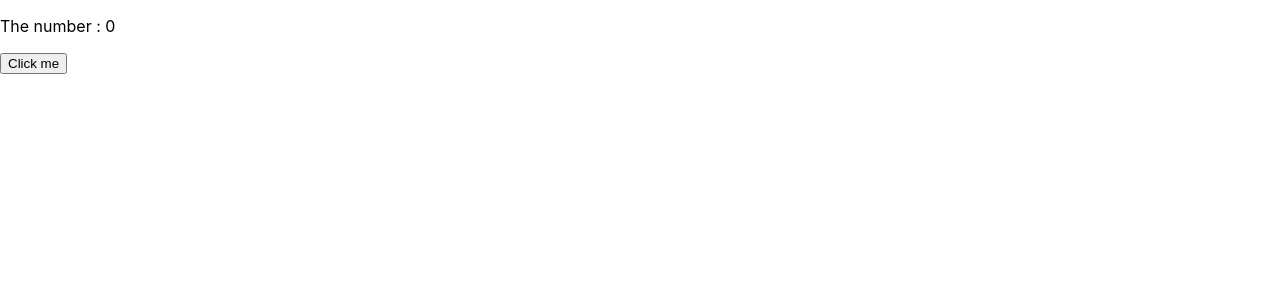
Repository: dung8466/learn-react
Page: / (app in react-state/)
An editor plug-in stored every save of this project. The page is shown before and after a run of saves, followed by the edit.
The browser window is 1280 px wide. The pictures show the whole page.
The project was rebuilt for these pictures with package versions that can differ from the ones it lists, and the page was loaded fresh each time. Also part of the build but not shown: react-state/src/App.css, react-state/src/Button.css.

Above is the page before, as saved 2022-09-16 22:09:16.

After the next 2 saves:
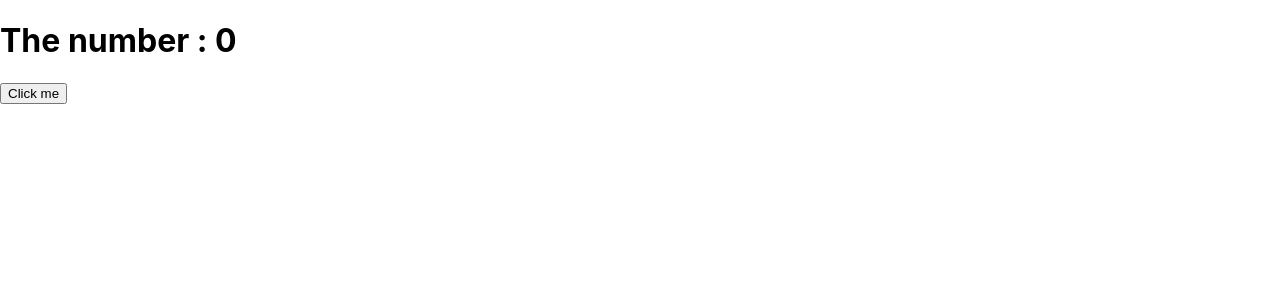
The 2 saves are shown as one change because 1 did not build or start.
The last was saved 73 s later.
--- a/react-state/src/Button.js
+++ b/react-state/src/Button.js
@@ -12,8 +12,11 @@ class Button extends Component{
     render(){
         return(
             <div className="Container">
-                <p className="num">The number : {this.state.number}</p>
-                <button onClick={this.handleClick}> Click me </button>
+                <h1 className="num">The number : {this.state.number}</h1>
+                {this.state.number === 7 ?
+                    <h2>You Win</h2>
+                    : <button onClick={this.handleClick}> Click me </button>
+                }
             </div>
         );
     }
